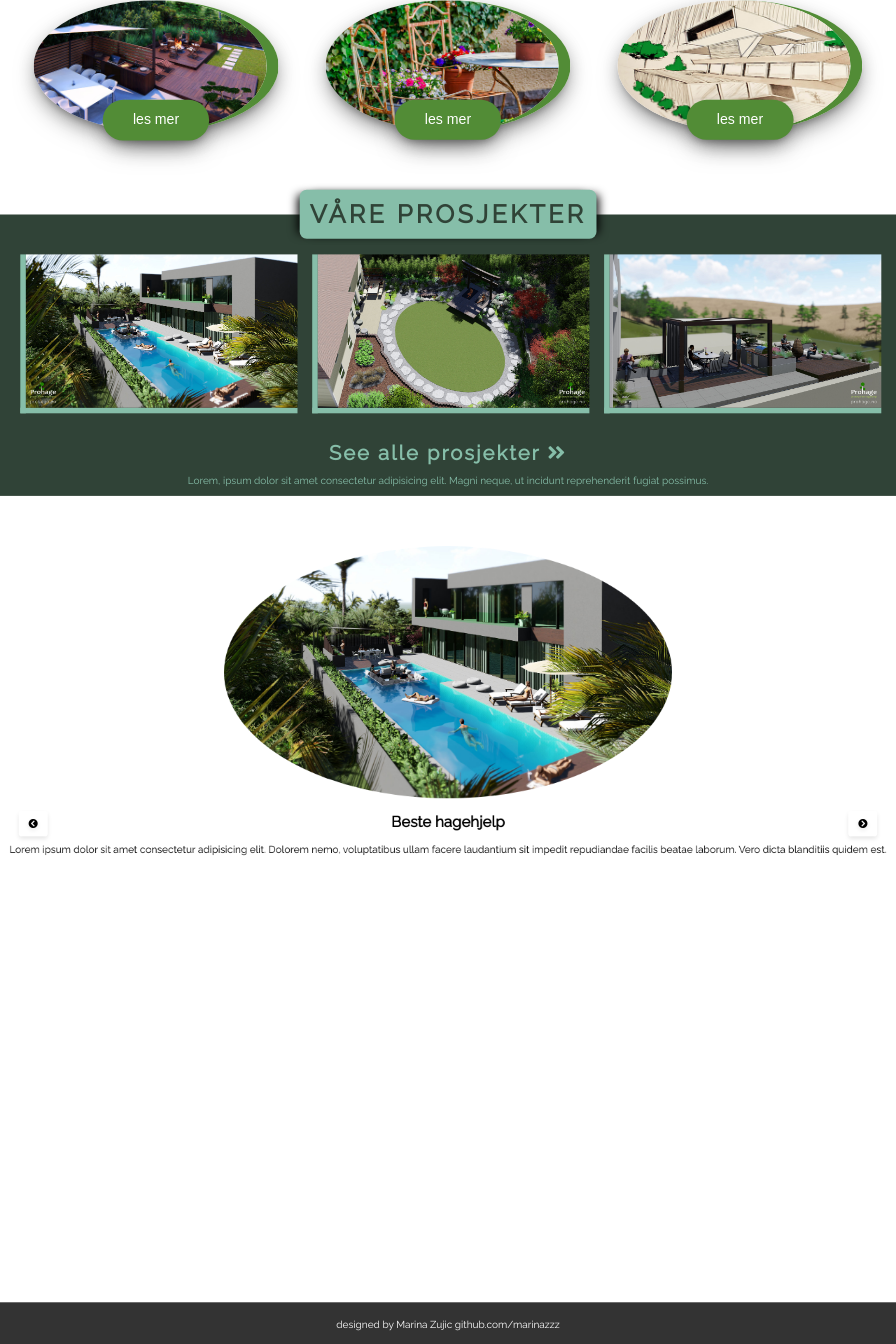
Repository: marinazzz/garden-design-website
Page: index.html
These files come from the project's save history. The page is drawn as it stood at one moment and after the next save; the edit follows.
The browser window is 1280 px wide. The pictures show the part of the page from y = 1219 to 3139 px (the page is 3139 px tall before and 2851 px after), at 70% of full size.

Above is the page before, as saved 2020-04-03 09:26:20.

### index.html
<!DOCTYPE html>
<html lang="nb">
<head>
    <title>Hagedesign Oslo</title>
    <link rel="stylesheet" type="text/css" href="CSS/fontawesome-free-5.12.1-web/css/all.min.css">
    <link rel="stylesheet" type="text/css" href="CSS/style.css"/>
    <link rel="stylesheet" type="text/css" href="CSS/min-width-768px.css">
    <link rel="stylesheet" type="text/css" href="CSS/min-width-992px.css">
    <link rel="stylesheet" href="https://cdnjs.cloudflare.com/ajax/libs/animate.css/3.7.2/animate.min.css">
    <link rel="stylesheet" type="text/css" href="PLUGINS/glide-master/dist/css/glide.core.min.css" />
    <link rel="stylesheet" type="text/css" href="PLUGINS/glide-master/dist/css/glide.theme.min.css" />
    <link href="https://fonts.googleapis.com/css?family=Raleway&display=swap" rel="stylesheet">
    <meta name="viewport" content="width=device-width, initial-scale=1" charset="UTF-8">
</head>
<body>
    <header class="header--white-green">
        <div class="wrapper">
        <div class="container__menu--small container__menu"> <!--grid container-->
            <div class="container__logo"> <!--1.column-->
                <img class="logo"src="images/prohage black.png" alt="Prohage logo">
            </div>
            <div class="container__items--small container__items"> <!--2.column-->
                <div class="container__item"> <!--1.row-->
                     <a href="mailto:info@prohage.no"
                         class ="container__item-txt"><i class="far fa-envelope"></i>info@prohage.no</a>
                     <a href="tlf:45511111"
                         class="container__item-txt"><i class="fas fa-phone"></i>45511111</a>
                </div>
               <div class="container__item-bottom"> <!--2.row-->
                   <button class="menu__toggle">
                       <i class="fas fa-bars"></i>
                   </button>
                   <nav id="menu">
                        <ul class="menu__list">
                            <li class="menu__item">
                                <a class="menu__link" href="home">Home</a>
                            </li>
                            <li class="menu__item">
                                <a class="menu__link" href="#services">Våre tjenester</a>
                            </li>
                            <li class="menu__item">
                                <a class="menu__link" href="#gallery">Galleri</a>
                            </li>
                            <li class="menu__item">
                                <a class="menu__link" href="#about">Om oss</a>
                            </li>
                            <li class="menu__item">
                                <a class="menu__link" href="#blog">Blogg</a>
                            </li>
                            <li class="menu__item">
                                <a class="menu__link" href="kontakt">Kontakt</a>
                            </li>
                       </ul>
                   </nav>
               </div>
            </div>
            </div>
        </div>
        <section id="main-photo">
            <div class="glide">
                <div class="glide__track"
                     data-glide-el="track">
                    <ul class="glide__slides">
                        <li class="glide__slide">
                            <img class="main-photo__item"
                                 srcset="images/daylight-environment-garden-2000.jpg 2000w,
                                         images/daylight-environment-garden-1000.jpg 1000w"
                                 sizes="(min-width: 1440px) 2000px, 100vw"
                                 src="images/daylight-environment-garden-2000.jpg" alt="Garden and plants" />
                                 <h1 class="main-photo__title">Profesjonell hagehjelp</h1>
                        </li>
                        <li class="glide__slide">
                            <img class="main-photo__item"
                                 srcset="images/main-header-photo-2000.jpg 2000w,
                                          images/main-header-photo-1000.jpg 1000w"
                                 sizes="(min-width: 1440px) 2000px, 100vw"
                                 src="images/main-header-photo-2000.jpg" alt="Garden and plants" />
                                 <h1 class="main-photo__title">Ta kontakt allerede idag</h1>
                                </li>
                        <li class="glide__slide">
                            <img class="main-photo__item"
                                 srcset="images/header-photo-2000.jpg 2000w,
                                         images/header-photo-1000.jpg 1000w"
                                 sizes="(min-width: 1440px) 2000px, 100vw"
                                 src="images/header-photo-2000.jpg" alt="Garden designed by proffesional" />
                                 <h1 class="main-photo__title">Rådgiving og tipser</h1>
                        </li>
                        <li class="glide__slide">
                            <img class="main-photo__item"
                                 srcset="images/bloom-blooming-blur-2000.jpg 2000w,
                                         images/bloom-blooming-blur-1000.jpg 1000w"
                                 sizes="(min-width: 1440px) 2000px, 100vw"
                                 src="images/bloom-blooming-blur-2000.jpg" alt="Garden designed by proffesional" />
                                 <h1 class="main-photo__title">Følg vår hageblogg</h1>
                        </li>
                    </ul>
                </div>
                <!--<div class="glide__arrows"
                         data-glide-el="controls">
                        <button class="glide__arrow glide__arrow--left"
                                data-glide-dir="<">
                            <i class="fas fa-chevron-circle-left"></i>
                        </button>
                        <button class="glide__arrow glide__arrow--right"
                                data-glide-dir=">">
                            <i class="fas fa-chevron-circle-right"></i>
                        </button>
                    </div>-->
            </div>

            <!--<img class="main-photo__item1"
                 srcset="images/architecture-clouds-daylight-2000.jpg 2000w,
                         images/architecture-clouds-daylight-1000.jpg 1000w"
                 sizes="(min-width: 1440px) 2000px, 100vw"
                 src="images/architecture-clouds-daylight-2000.jpg" alt="Garden">
            <img class="main-photo__item2"
                 srcset="images/header-photo-2000.jpg 2000w,
                         images/header-photo-1000.jpg 1000w"
                 sizes="(min-width: 1440px) 2000px, 100vw"
                 src="images/header-photo-2000.jpg" alt="Garden designed by proffesional" >
            <img class="main-photo__item3"
                 srcset="images/main-header-photo-2000.jpg 2000w,
                         images/main-header-photo-1000.jpg 1000w"
                 sizes="(min-width: 1440px) 2000px, 100vw"
                 src="images/main-header-photo-2000.jpg" alt="Garden and plants" >
            <h1 class="main-photo__title">Profesjonell hagehjelp</h1>-->
        </section>
     </header>
     <main>
         <section id="services" class="section--white-green section__container">
            <h1 class="services__title">Tjenester</h1>
            <div class="services__wrapp">
            <section class="services__item">
                <div class="item-title__wrapp">
                    <i class="fas fa-circle"></i>
                    <h2 class="services__item-title">Hagedesign</h2>
                </div>
                <p class="services__txt">Lorem ipsum dolor sit amet consectetur adipisicing elit. Reiciendis, laboriosam.ipsum ex aperiam dolores corporis iusto!</p>
                <div class="button__position">
                     <img class="services__photo" src="images/Hagedesign.jpg" alt="Hagedesigner tegner" />
                     <button class="services__toggle">les mer</button>
                </div>
            </section>
            <section class="services__item">
                <div class="item-title__wrapp">
                    <i class="fas fa-circle"></i>
                    <h2 class="services__item-title">Hagekonsultasjon</h2>
                </div>
                <p class="services__txt">Lorem ipsum dolor sit amet consectetur adipisicing elit. Reiciendis, laboriosam.ipsum ex aperiam dolores corporis iusto!</p>
                <div class="button__position">
                    <img class="services__photo" src="images/konsultasjon.jpg" alt="Hagekonsultasjon med hagedesigner"/> <!--smaller picture than other 2-->
                    <button class="services__toggle">les mer</button>
                </div>
            </section>
            <section class="services__item">
                <div class="item-title__wrapp">
                    <i class="fas fa-circle"></i>
                    <h2 class="services__item-title">Hageskise</h2>
                </div>
                <p class="services__txt">Lorem ipsum dolor sit amet consectetur adipisicing elit. Reiciendis, laboriosam.ipsum ex aperiam dolores corporis iusto!</p>
                <div class="button__position">
                    <img class="services__photo" src="images/skisse.jpg" alt="Hagedesigner hjelp"/>
                    <button class="services__toggle">les mer</button>
                </div>
            </section>
            </div>
         </section>
         <section id="gallery" class="section--dark-green section__container">
            <h1 class="gallery__title services__title">Våre prosjekter</h1>
            <div class="gallery__wrapp services__wrapp">
                <div class="gallery__items">
                    <div class="gallery__item-wrapp">
                        <img class="gallery__item"
                             srcset="images/gallery-photo1-2000.jpg 2000w,
                                     images/gallery-photo1-1000.jpg 1000w"
                             sizes="(min-width: 1440px) 2000px, 100vw"
                             src="images/gallery-photo1-2000.jpg" alt="Hagedesign terrase" />
                    </div>
                    <div class="gallery__item-wrapp gallery__item-wrapp--padding">
                        <img class="gallery__item"
                             srcset="images/gallery-photo2-2000.jpg 2000w,
                                     images/gallery-photo2-1000.jpg 1000w"
                             sizes="(min-width: 1440px) 2000px, 100vw"
                             src="images/gallery-photo2-2000.jpg" alt="Hagedesign terrase" />
                    </div>
                    <div class="gallery__item-wrapp">
                        <img class="gallery__item"
                             srcset="images/gallery-photo3-2000.jpg 2000w,
                                     images/gallery-photo3-1000.jpg 1000w"
                             sizes="(min-width: 1440px) 2000px, 100vw"
                             src="images/gallery-photo3-2000.jpg" alt="Hagedesign terrase" />
                    </div>
                </div>
                <div class="gallery__txt-wrapp">
                    <h2 class="gallery__item-title services__item-title">See alle prosjekter
                        <i class="fas fa-angle-double-right"></i>
                    </h2>
                    <p class="gallery__txt">Lorem, ipsum dolor sit amet consectetur adipisicing elit. Magni neque, ut incidunt reprehenderit fugiat possimus.</p>
                </div>
            </div>
        </section>
        <section id="reviews">
            <div class="glide">
                <div class="glide__track" data-glide-el="track">
                  <ul class="glide__slides">
                    <li class="glide__slide">
                        <div class="review__items">
                            <img class="review__photo"
                             srcset="images/gallery-photo1-2000.jpg 2000w,
                                     images/gallery-photo1-1000.jpg 1000w"
                             sizes="(min-width: 1440px) 2000px, 100vw"
                             src="images/gallery-photo1-2000.jpg" alt="Hagedesign terrase" />
                            <h2 class="review__title">Beste hagehjelp</h2>
                            <p class="review__txt">Lorem ipsum dolor sit amet consectetur adipisicing elit.
                                Dolorem nemo, voluptatibus ullam facere laudantium sit impedit repudiandae facilis beatae laborum.
                                 Vero dicta blanditiis quidem est.</p>
                        </div>
                    </li>
                    <li class="glide__slide">
                        <div class="review__items">
                            <img class="review__photo"
                                 srcset="images/gallery-photo2-2000.jpg 2000w,
                                         images/gallery-photo2-1000.jpg 1000w"
                                 sizes="(min-width: 1440px) 2000px, 100vw"
                                 src="images/gallery-photo2-2000.jpg" alt="Hagedesign terrase" />
                            <h2 class="review__title">Tussen takk</h2>
                            <p class="review__txt">Lorem ipsum dolor sit amet consectetur adipisicing elit.
                                Dolorem nemo, voluptatibus ullam facere laudantium sit impedit repudiandae facilis beatae laborum.
                                 Vero dicta blanditiis quidem est.</p>
                        </div>
                    </li>
                    <li class="glide__slide">
                        <div class="review__items">
                            <img class="review__photo"
                                 srcset="images/gallery-photo1-2000.jpg 2000w,
                                         images/gallery-photo1-1000.jpg 1000w"
                                 sizes="(min-width: 1440px) 2000px, 100vw"
                                 src="images/gallery-photo1-2000.jpg" alt="Hagedesign terrase" />
                            <h2 class="review__title">Anbefaler</h2>
                            <blockquote class="review__txt">
                                <p>Lorem ipsum dolor sit amet consectetur adipisicing elit.
                                   Dolorem nemo, voluptatibus ullam facere laudantium sit impedit repudiandae facilis beatae laborum.
                                   Vero dicta blanditiis quidem est.</p>
                                 <footer class="review__author">Anonymous</footer>
                            </blockquote>
                        </div>
                    </li>
                  </ul>
                </div>
                <div class="glide__arrows"
                         data-glide-el="controls">
                        <button class="glide__arrow glide__arrow--left"
                                data-glide-dir="<">
                            <i class="fas fa-chevron-circle-left"></i>
                        </button>
                        <button class="glide__arrow glide__arrow--right"
                                data-glide-dir=">">
                            <i class="fas fa-chevron-circle-right"></i>
                        </button>
                    </div>
             </div>
        </section>
         <article id="blog-posts">

         </article>
         <section id="about oss">

        </section>
     </main>
     <footer class="footer__main">
	     <p>designed by Marina Zujic
		     <a href="https://github.com/marinazzz">github.com/marinazzz</a>
	     </p>
     </footer>
     <script src="PLUGINS/glide-master/dist/glide.min.js"></script>
     <script src="JS/js-app.js"></script>
</body>
</html>

### CSS/style.css
html {
  font-size: 62.5%;
}

body {
  margin: 0;
  padding: 0;
  text-align: center;
  box-sizing: border-box;
  font-family: 'Raleway', sans-serif;
}

       /*__ HEADER__ */

/*color styles*/
.header--white-green {
  --header-bg-color: #528C36;
  --header-link-color: black;
  --header-menu-link: #fff;
  --header-toggle-color: #528C36;
}

/*main style*/
.container__menu--small {
  display: flex;
  justify-content: space-around;
  box-shadow: 0 0 2rem 0 rgba(0, 0, 0, 0.24), 0 0 30rem 0 rgba(0, 0, 0, 0.2);
}

.logo {
  max-height: 8rem;
  background: white;
}

.container__items--small {
  display: grid;
  grid-template-rows: 1fr 1fr;
  align-content: flex-end;
  width: 250px;
}

.container__item {
  align-self: center;
}

.container__item,
.container__item-bottom {
  text-align: end;
}

.container__item-txt {
  color: var(--header-link-color);
  text-decoration: none;
  font-size: 1.2rem;
}

.container__item > a:first-of-type {
  padding-right: 1.6rem;
}

.container__item-bottom > nav {
  text-align: center;
}

.menu__toggle {
  color: var(--header-bg-color);
  box-sizing: border-box;
  border: none;
  background-color: transparent;
  outline: none;
  font-size: 3rem;
  line-height: 0;
  padding: 0.5rem;
  color: var(--header-toggle-color);
  position: relative;
  z-index: 100;
}

.fa-phone,
.fa-envelope {
  margin-right: 1rem;
}


/* MENU */

#menu {
  display: none;
  position: absolute;
  top: auto;
  left: 0;
  width: 100%;
  padding-top: 1rem;
  background-color: var(--header-bg-color);
  z-index: 20;
}

.menu__list {
  padding: 0;
  margin: 0;
  display: flex;
  flex-direction: column;
}

.menu__item {
  display: block;
  margin-bottom: 1rem;
}

.menu__link {
  color: var(--header-menu-link);
  text-decoration: none;
  font-size: 1.4rem;
}

#menu.menu-opened {
  display: block;
}


/*FOR SMALL DEVICES*/

@media screen and (max-width: 420px) {

  .logo {
    max-height: 7rem;
  }

  .container__items--small {
    width: auto;
    align-self: center;
  }

  .container__item > a:first-of-type {
    padding-right: 1.3rem;
  }

  .container__item {
    text-align: center;
  }

  .fa-phone, .fa-envelope {
    margin-right: 0.3rem;
  }
}

/* MAIN PICTURE */

#main-photo {
  width: 100%;
  padding-top: 1rem;
}

.main-photo__title {
  position: absolute;
  color: white;
  background-color:#524a4a3b;
  border: 0.1rem solid white;
  filter: drop-shadow(2px 4px 6px black);
  padding: 2rem;
  margin: 0 auto;
  font-size: 1.5rem;
  letter-spacing: 0.2rem;
  top: 50%;
  left: 50%;
  transform: translate(-50%, -50%);
}



/* GLIDE SLIDER CSS OVERRIDES */

.glide__slides {
  margin: 0;
}

.glide__slide {
  position: relative;
}

/*#main-photo .glide__arrow  {
  font-size: 4rem;
  padding: 0;
  border-color: transparent;
  box-shadow: none;
  border-radius: 50%;
  line-height: 0;
  transition: all 200ms ease-in-out;
}

#main-photo .glide__arrow:hover {
  border-color: #252525;
  color: #252525;
}*/



/*#main-photo {
  position: relative;
}

.main-photo__item {
   width: 100%;
}

.main-photo__title {
  position: absolute;
  bottom: 1rem;
  left: 20rem;
  font-size: 2rem;
}*/



/*1. COLOR OPTION*/
/* CSS variables*/
/* :root {
  --header-bg-color: #4daa57;
  --header-top-bg-color: #252525;
  --header-toggle-color: #fff;
}*/

/*.top-header__item {
  color: var(--header-link-color);
  text-decoration: none;
  font-size: 1.4rem;
}*/


/*------MAIN----------*/

/* SECTIONS */

/*Common styles for sections*/

/*color styles*/
.section--white-green {
  --section-bg: #FAFAFA;
  --section-title-bg: #528C36;
  --section-border-color: #528C36;
  --section-h2-color: #1C1A21;
  --buttons-services-color: #528C36;
}

/*layout*/
.services__wrapp {
  display: flex;
  flex-direction: column;
  align-items: center;
  padding: 0 1rem;
}

/*#services, #gallery, #reviews, #about {
  padding: 0.5rem;
  background: var(--section-bg);
}*/

/*.services-title, .gallery-title, .about-title {
  font-size: 2.5rem;
  margin: 0 9rem;
  padding-top: 1.6rem;
  letter-spacing: 0.32rem;
  border-bottom: var(--section-border-color) solid 0.25rem;
}*/


/* SECTION SERVICES */

.services__title {
  font-size: 2.5rem;
  position: absolute;
  left: 50%;
  transform: translate(-50%, -50%);
  border-radius: 0.7rem;
  color: #fafafa;
  background: var(--section-title-bg);
  letter-spacing: 0.32rem;
  padding: 1rem;
  margin: 0 auto;
  text-transform: uppercase;
}

.services__title,
.services__photo,
.services__toggle {
  box-shadow: 0 16px 38px -12px rgba(0, 0, 0, 0.56), 0 4px 25px 0px rgba(0, 0, 0, 0.12), 0 8px 10px -5px rgba(0, 0, 0, 0.2);
}

.services__item {
  padding-top: 5rem;
}

.item-title__wrapp {
  display: flex;
  justify-content: center;
  align-items: center;
}

.fas,
.fa-circle {
  color: var(--buttons-services-color);
}

.services__item-title {
  color: var(--section-h2-color);
  letter-spacing: 0.2rem;
  margin: 0.5rem 0 0.5rem 0;
  font-size: 2rem;
  padding: 0 1rem;
}

.services__txt {
  margin: 0;
  padding: 1.5rem;
}

.button__position {
  position: relative;
}

.button__position > button {
  position: absolute;
  bottom: -15%;
  left: 50%;
  transform: translate(-50%, -50%);
}

.services__photo {
  overflow: hidden;
  border-radius: 50%;
  border-right: solid 1.2rem var(--section-border-color);
  width: 80%;
}

.services__toggle {
  background: var(--buttons-services-color);
  border-radius: 3rem;
  box-sizing: border-box;
  border: none;
  font-size: 1.4rem;
  padding: 1.2rem 3rem;
  color: #fff;
}


/* SECTION GALLERY */

.section--dark-green {
  --section-bg: #304337;
  --section-title-color: #304337;
  --section-title-bg: #86BEA9;
  --section-border-color: #86BEA9;
  --section-h2-color: #86BEA9;
}

#gallery {
  margin-top: 8rem;
  position: relative;
}

.gallery__title {
  width: 65%;
  color: var(--section-title-color);
  background: var(--section-title-bg);
  box-shadow: -10px 0px 13px -7px #000000, 10px 0px 13px -7px #000000, 2px 5px 15px 5px rgba(0,0,0,0);
}

.gallery__wrapp {
  background: var(--section-bg);
}

.gallery__item {
  border-left: solid 0.6rem var(--section-title-bg);
  border-bottom: solid 0.6rem var(--section-title-bg);
  width: 100%;
  /*box-shadow: inset 6px -6px 6px 1px #86bea9;*/
}

.gallery__item-wrapp {
  padding: 0 2rem 2rem 1.4rem;
}

.gallery__txt-wrapp {
  display: flex;
  flex-direction: column;
  align-items: center;
}

.gallery__item-title,
.gallery__txt {
  color: var(--section-title-bg);
  padding: 0 3rem;
}

.gallery__items {
  padding-top: 4rem;
  display: flex;
  flex-direction: column;
  align-items: center;
}


/*SECTION REVIEWS*/

#reviews .glide {
  margin-top: 5rem;
}

#reviews .glide__arrow  {
  color: var(--section-title-bg);
}

.review__photo {
  width: 50%;
  border-radius: 50%;
}

/*FOOTER*/

footer {
  background: #333333;
  padding: 0.5rem;
  margin-top: 20rem; /*temporary*/
  color: white;
}

footer a {
  color: white;
  text-decoration: none;
}

Loaded but not shown: CSS/fontawesome-free-5.12.1-web/css/all.min.css (library); PLUGINS/glide-master/dist/css/glide.core.min.css (common file); PLUGINS/glide-master/dist/css/glide.theme.min.css (common file); PLUGINS/glide-master/dist/glide.min.js (library); JS/js-app.js (29 lines, source omitted); CSS/min-width-768px.css (156 lines, source omitted); CSS/min-width-992px.css (113 lines, source omitted)

After the next save:
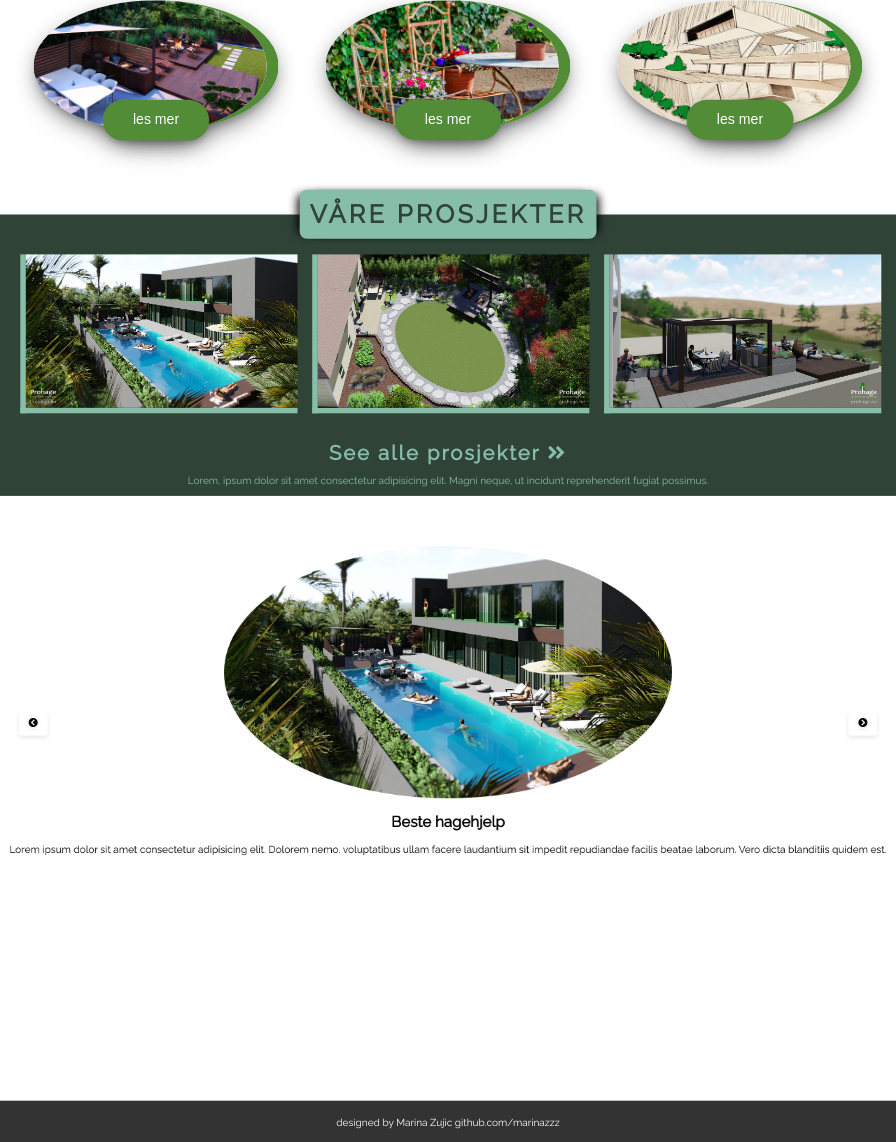
Saved 66 s later.
--- a/CSS/style.css
+++ b/CSS/style.css
@@ -417,14 +417,14 @@ body {
 
 /*FOOTER*/
 
-footer {
+.footer__main {
   background: #333333;
   padding: 0.5rem;
   margin-top: 20rem; /*temporary*/
   color: white;
 }
 
-footer a {
+.footer__main a {
   color: white;
   text-decoration: none;
 }
